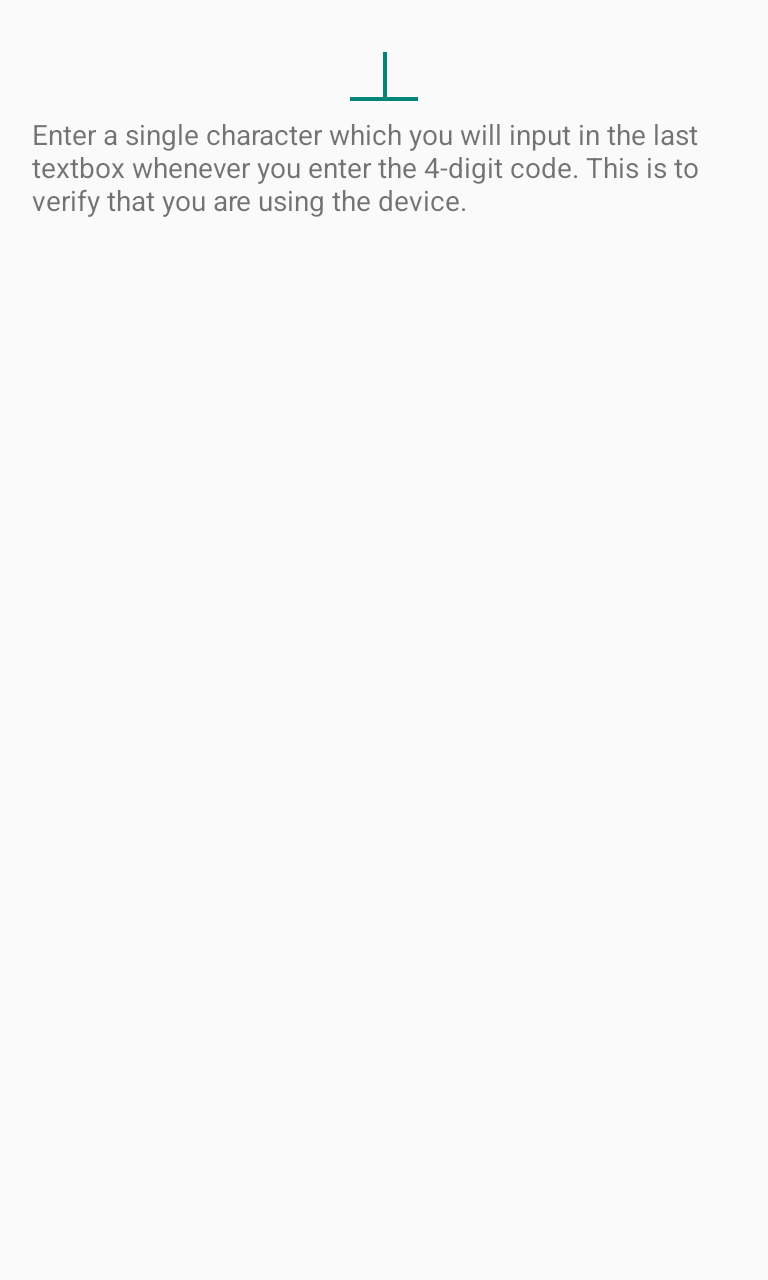
Repository: japheth-starita/DoorLockSystem
Layout: DoorLockSystem/res/layout/user_input_box.xml
An editor plug-in stored every save of this project. The layout is shown before and after the next save, followed by the edit.
It is drawn on a 768 x 1280 px phone screen (xhdpi) without system bars, with theme AppTheme; the app's code is not run.

Above is the layout before, as saved 2015-12-19 09:56:59.

### DoorLockSystem/res/layout/user_input_box.xml
<?xml version="1.0" encoding="utf-8"?>
<RelativeLayout xmlns:android="http://schemas.android.com/apk/res/android"
    xmlns:tools="http://schemas.android.com/tools"
    android:layout_width="match_parent"
    android:layout_height="match_parent"
    android:paddingBottom="@dimen/activity_vertical_margin"
    android:paddingLeft="@dimen/activity_horizontal_margin"
    android:paddingRight="@dimen/activity_horizontal_margin"
    android:paddingTop="@dimen/activity_vertical_margin"
    tools:context="com.example.doorlocksystem.MainActivity" >

    <EditText
        android:id="@+id/inputverifychar"
        style="@style/EditTextStyle"
        android:layout_alignParentTop="true"
        android:layout_centerHorizontal="true"
        android:inputType="text">
        <requestFocus />
    </EditText>

    <TextView
        android:id="@+id/instruction"
        android:layout_below="@+id/inputverifychar"
        android:layout_width="wrap_content"
        android:layout_height="wrap_content"

        android:text="Enter a single character which you will input in the last textbox whenever you enter the 4-digit code. This is to verify that you are using the device." />

</RelativeLayout>

Loaded but not shown: DoorLockSystem/res/values/styles.xml (common file); DoorLockSystem/res/values-v11/styles.xml (common file); DoorLockSystem/res/values-v14/styles.xml (common file); DoorLockSystem/res/values/dimens.xml (common file); DoorLockSystem/res/values-w820dp/dimens.xml (common file)

After the next save:
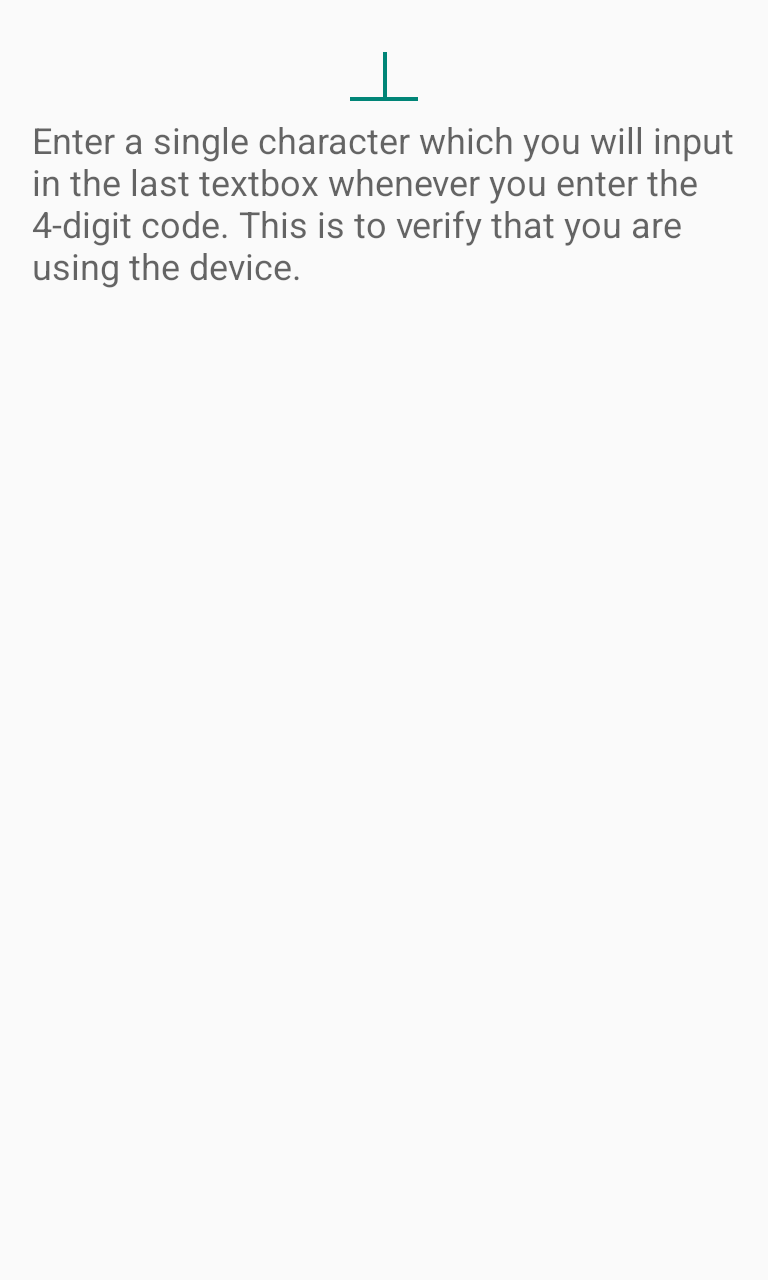
Saved 22 s later.
--- a/DoorLockSystem/res/layout/user_input_box.xml
+++ b/DoorLockSystem/res/layout/user_input_box.xml
@@ -23,7 +23,9 @@
         android:layout_below="@+id/inputverifychar"
         android:layout_width="wrap_content"
         android:layout_height="wrap_content"
-
+        android:textAppearance="?android:attr/textAppearanceMedium"
         android:text="Enter a single character which you will input in the last textbox whenever you enter the 4-digit code. This is to verify that you are using the device." />
 
+
+
 </RelativeLayout>
